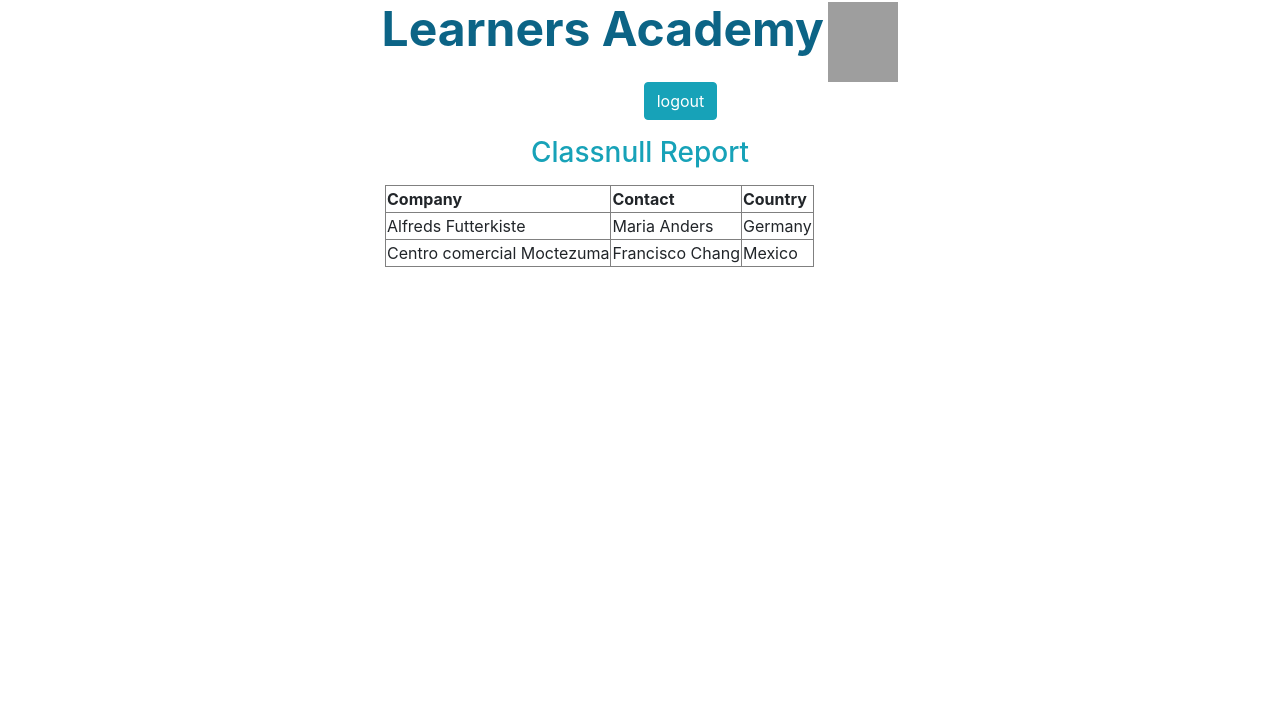
Repository: sindurup/Phase2Project
Page: http://localhost/LearnersAcademyPro/classReport.jsp
These files come from the project's save history. The page is drawn as it stood at one moment and after the next save; the edit follows.
The browser window is 1280 px wide. The pictures show the whole page.
Pictures or frames that could not be fetched are drawn as grey boxes. Some web libraries are served in a nearby version. The page is served by Tomcat 9.

Above is the page before, as saved 2021-09-29 04:15:19.
Console error: TypeError: Cannot read properties of undefined (reading 'fn')

After the next save:
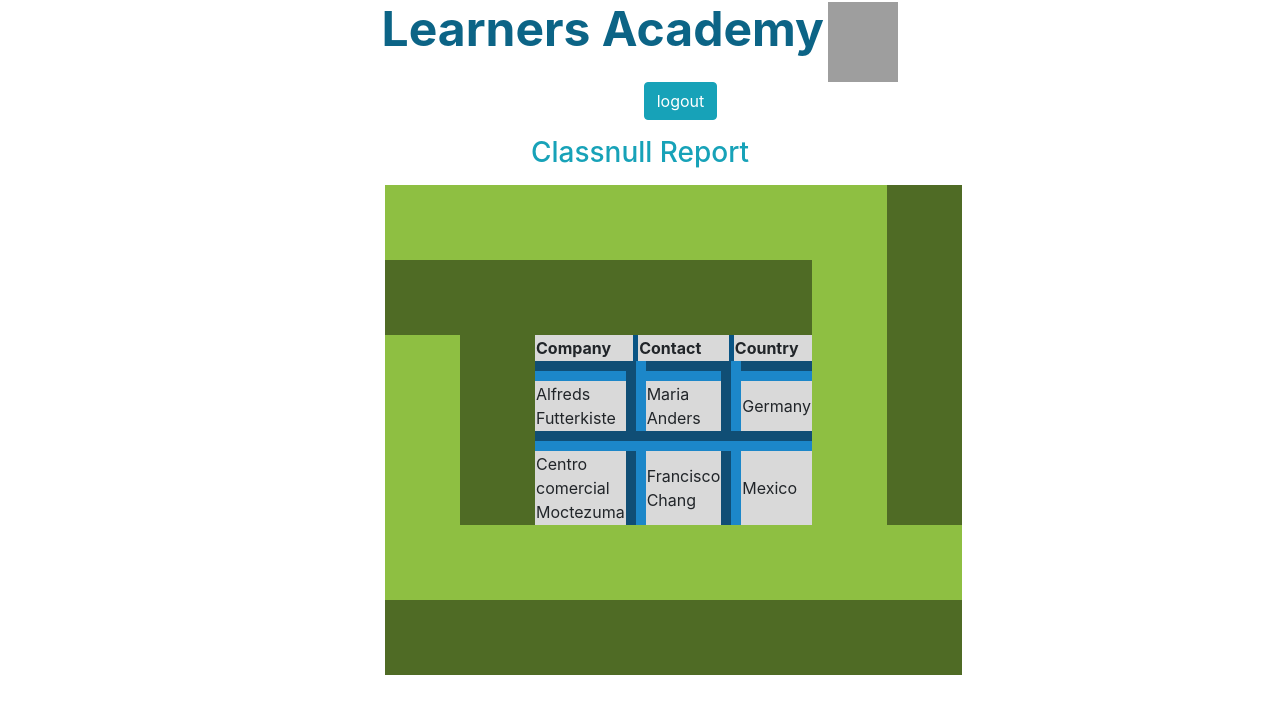
Saved 81 s later.
--- a/LearnersAcademyPro/src/main/webapp/classReport.jsp
+++ b/LearnersAcademyPro/src/main/webapp/classReport.jsp
@@ -11,11 +11,20 @@
 <head>
 <meta charset="ISO-8859-1">
 <title>Learners Academy</title>
-<script type="text/css">
-table, th, td {
-  border: 1px solid black;
-}
-</script>
+<style>
+      table {
+        border-style: ridge;
+        border-width: 150px;
+        border-color: #8ebf42;
+        background-color: #d9d9d9;
+      }
+      th {
+        border: 5px solid #095484;
+      }
+      td {
+        border: 20px groove #1c87c9;
+      }
+    </style>
 </head>
 <body>
 

After the save that followed:
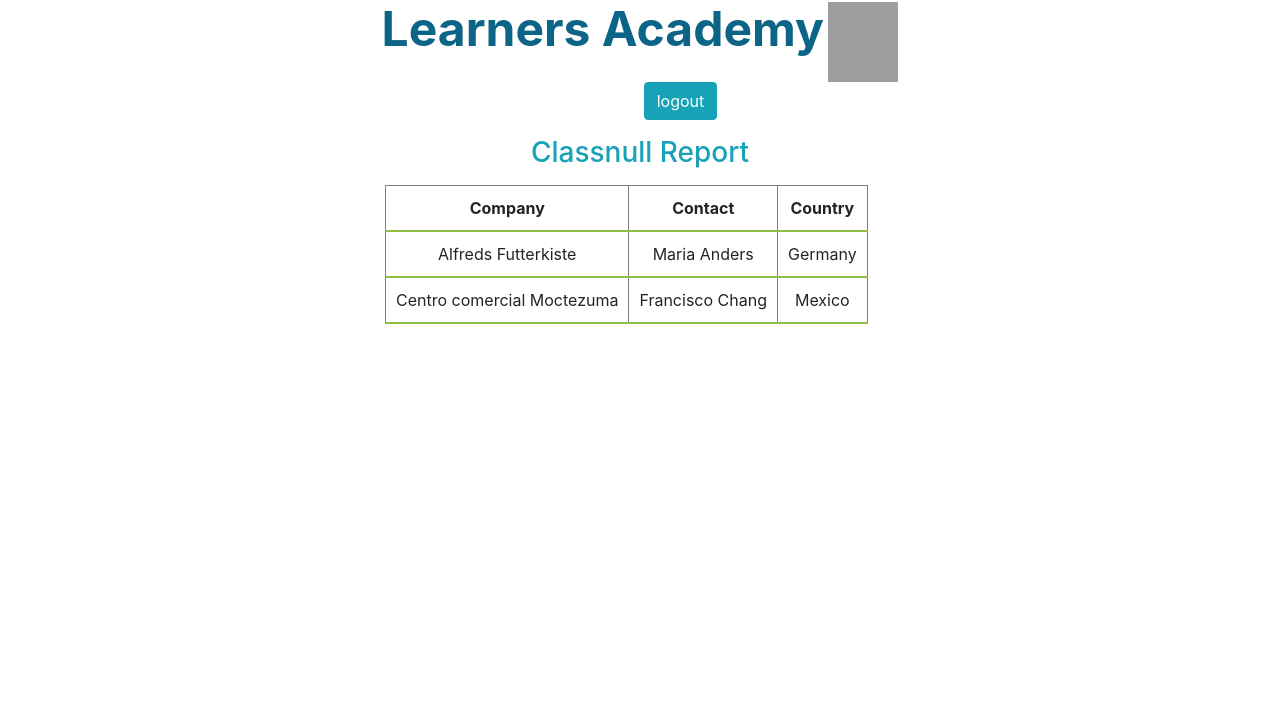
Saved 47 s later.
--- a/LearnersAcademyPro/src/main/webapp/classReport.jsp
+++ b/LearnersAcademyPro/src/main/webapp/classReport.jsp
@@ -13,16 +13,13 @@
 <title>Learners Academy</title>
 <style>
       table {
-        border-style: ridge;
-        border-width: 150px;
-        border-color: #8ebf42;
-        background-color: #d9d9d9;
+        border-collapse: collapse;
       }
+      td,
       th {
-        border: 5px solid #095484;
-      }
-      td {
-        border: 20px groove #1c87c9;
+        padding: 10px;
+        border-bottom: 2px solid #8ebf42;
+        text-align: center;
       }
     </style>
 </head>
